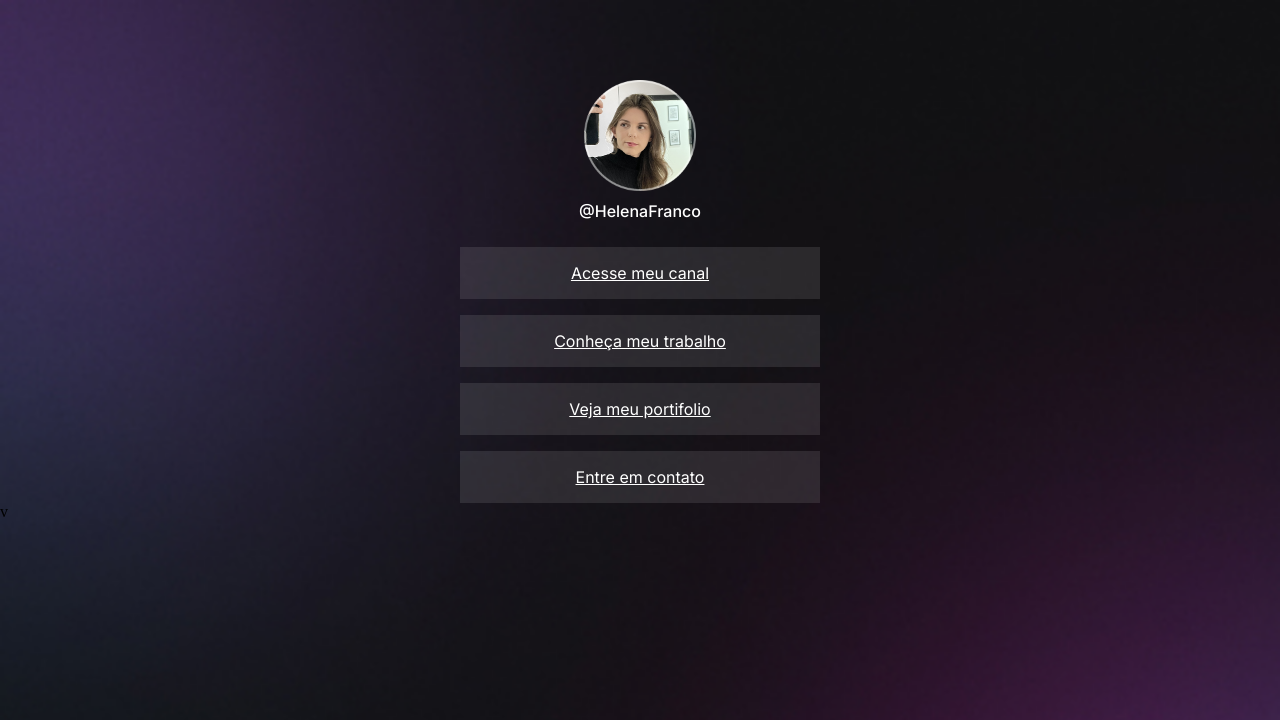
Repository: Fr4nc021/Pagina-de-links-
Page: index.html
The author's editor kept a copy of each file at every save. The page is drawn from the files as they stood at one save, then again after the next save.
The browser window is 1280 px wide. The pictures show the whole page.

Above is the page before, as saved 2025-02-10 16:51:02.

After the next save:
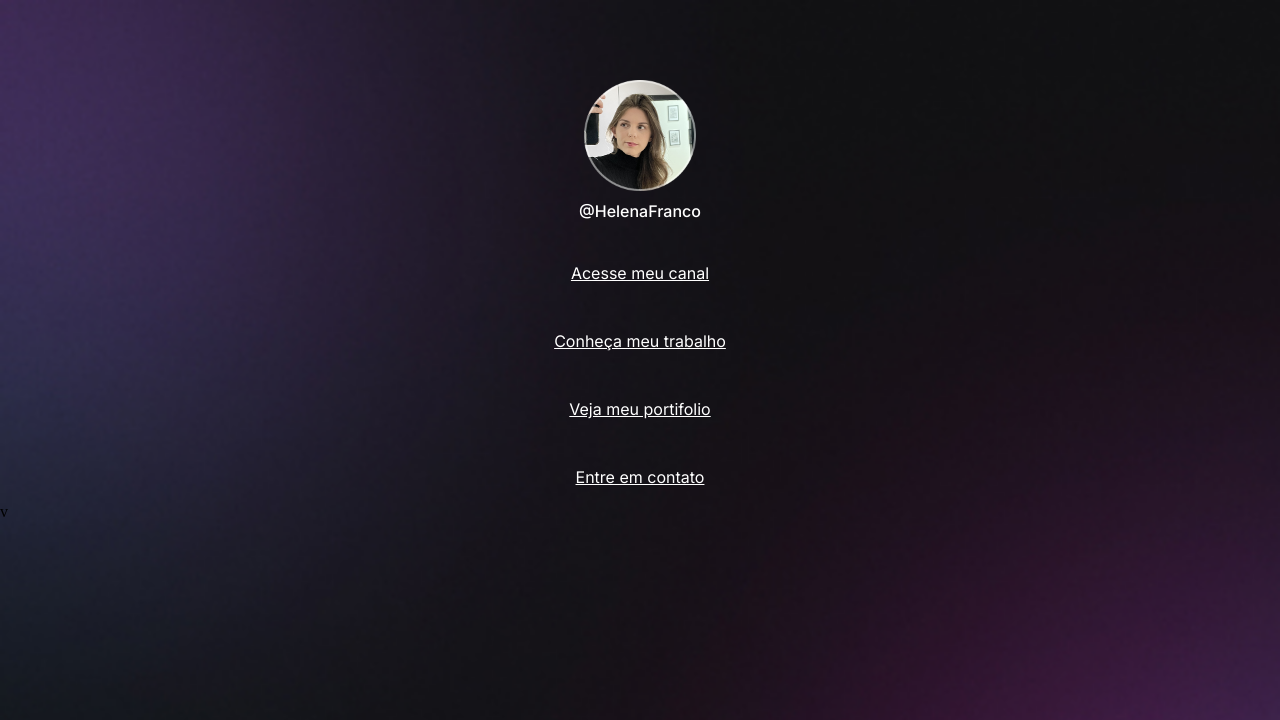
Saved 79 s later.
--- a/style.css
+++ b/style.css
@@ -54,4 +54,5 @@ ul li a {
         justify-content: center;
         padding: 16px 24px;
         background: rgba(255, 255,255, 0.1)
-}
+        border: 1px solid rgba(255, 255, 255, 0.5)
+    }
